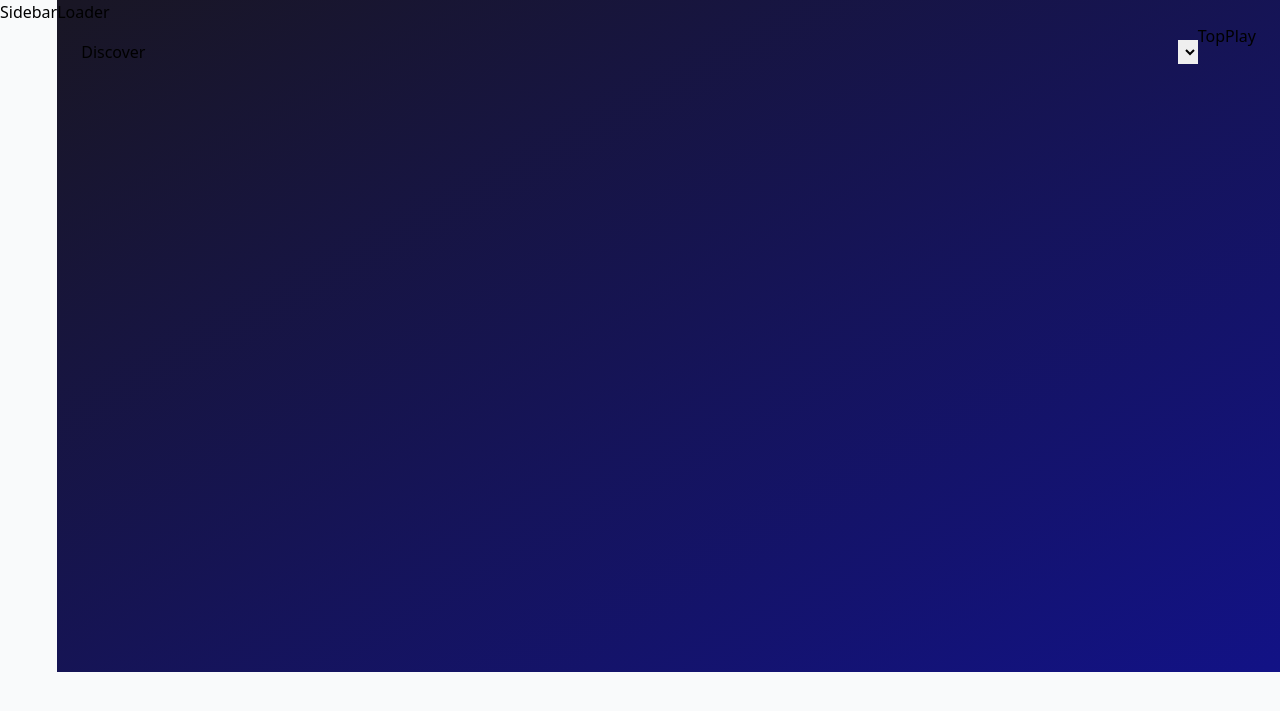
Repository: Goldmyn/GoldStarMusic
Page: /
These files come from the project's save history. The page is drawn as it stood at one moment and after a run of saves; the edit follows.
The browser window is 1280 px wide. The pictures show the whole page.
The project was rebuilt for these pictures with package versions that can differ from the ones it lists, and the page was loaded fresh each time. Also part of the build but not shown: vite.config.js, src/components/SongCard.jsx, src/components/ArtistCard.jsx, src/components/DetailsHeader.jsx, src/components/PlayPause.jsx, src/components/SongBar.jsx, src/components/RelatedSongs.jsx, src/components/MusicPlayer/Controls.jsx and 13 more.

Above is the page before, as saved 2022-09-30 12:47:45.

After the next 8 saves:
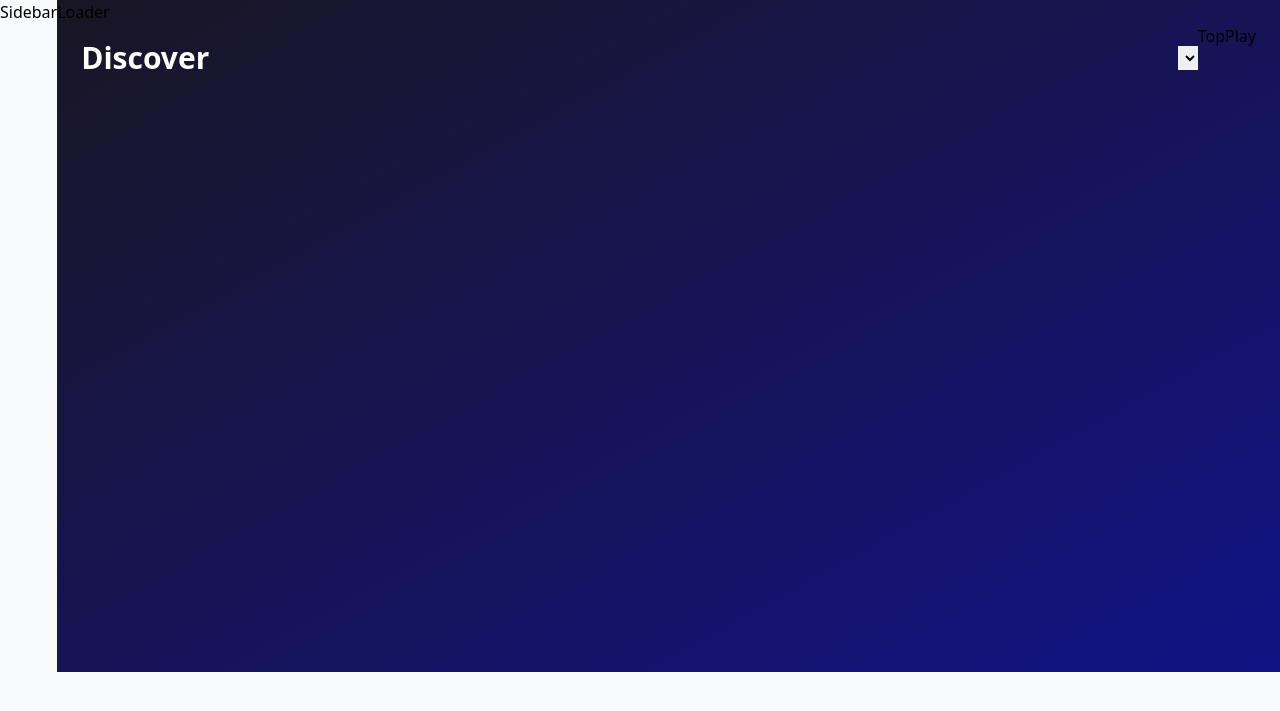
The 8 saves are shown as one change because they came seconds apart.
The last was saved 26 s later.
--- a/src/pages/Discover.jsx
+++ b/src/pages/Discover.jsx
@@ -7,7 +7,7 @@ const Discover = () => {
 
         <div className="flex flex-col">
             <div className="w-full flex justify-between items-center sm:flex-row flex-col mt-4 mb-10">
-                <h2 className="">
+                <h2 className="font-bold text-3xl text-white text-left">
                     Discover
                 </h2>
                 <select />
